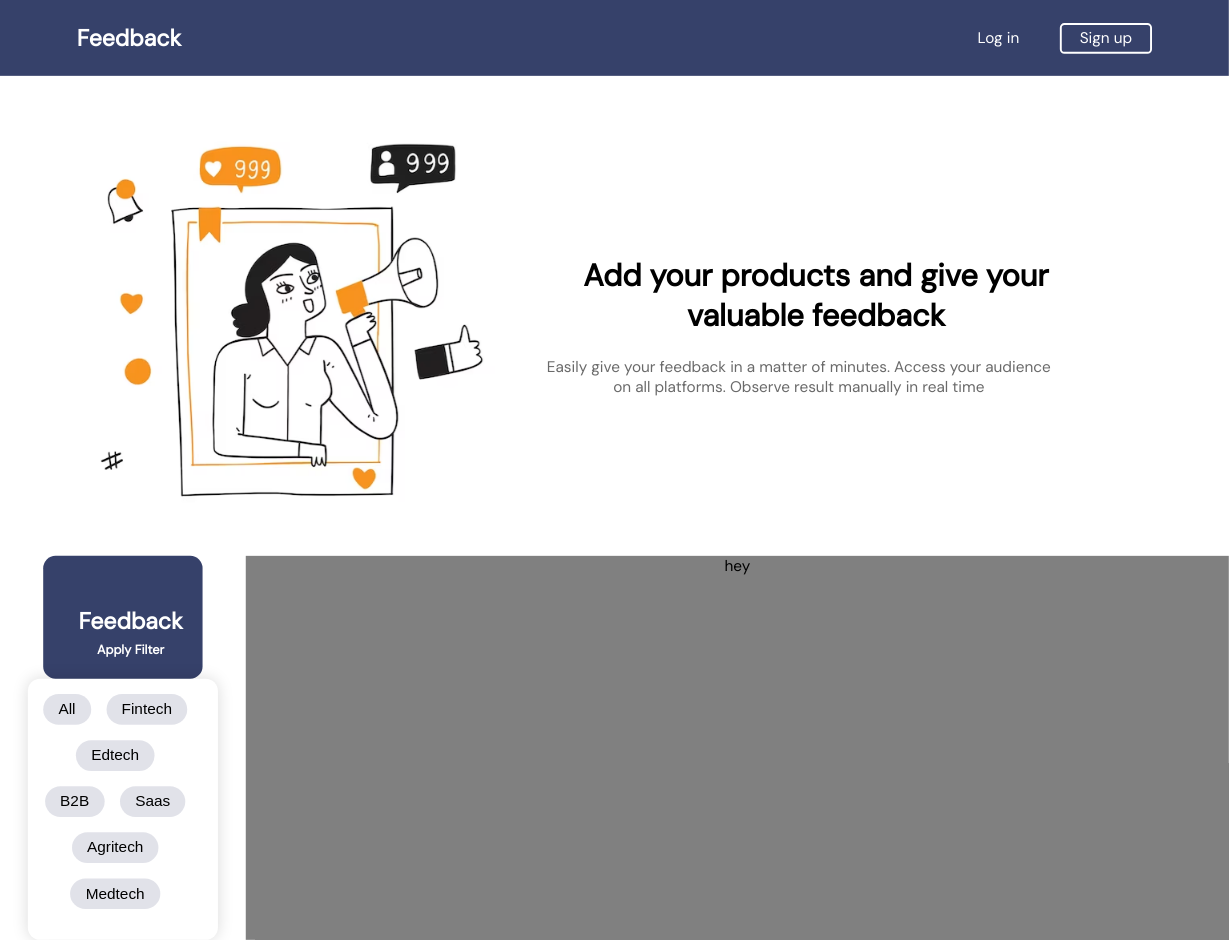
Repository: drumsmanku/final-evaluation-test
Page: / (app in client/)
These files come from the project's save history. The page is drawn as it stood at one moment and after the next save; the edit follows.
The browser window is 1280 px wide. The pictures show the whole page, at 96% of full size.
The page's requests for data from a server got no answer. The project was rebuilt for these pictures with package versions that can differ from the ones it lists, and the page was loaded fresh each time. No one was signed in, and anything a server would have sent is missing.

Above is the page before, as saved 2023-07-29 11:38:52.

### client/src/App.js
import './App.css';
import { BrowserRouter as Router, Route, Routes} from 'react-router-dom';
import MainPage from './Components/MainPage';
function App() {
  return (
    <div className="App">
      <Router>
        <Routes>
          <Route path='/' element={<MainPage/>}/>


        </Routes>
      </Router>
    </div>
  );
}

export default App;

### client/src/Components/MainPage.js
import React, {useState, useEffect} from 'react';
import '../CSS/MainPage.css';
import profile from'../Assets/profilepic.webp';
import img1 from '../Assets/frontphoto.png';
import axios from 'axios';

const buttonTitles=['All', 'Fintech', 'Edtech', 'B2B', 'Saas', 'Agritech', 'Medtech'];
const buttonStyles={
  padding:'0.2rem 1rem 0.2rem 1rem',
  backgroundColor:'#36416A26',
  fontSize:'medium',
  borderRadius:'1rem',
  border:'none',
  margin:'0 1rem 1rem 0',
  height:'2rem',
}

function MainPage() {
  const [categorySet, setCategorySet]=useState([])
  const [isLoggedIn, setIsLoggedIn]=useState(false);
  const [products, setProdcts]=useState([])
  useEffect(()=>{
    const User=localStorage.getItem('user');
    if(User){
      setIsLoggedIn(true);
    }

  }, []);
  const handleLogout=()=>{
    localStorage.removeItem('user');
    setIsLoggedIn(false);
  }
  const handleCategoryClick=(event)=>{
    const currentCat=event.target.value;
    if(!categorySet.includes(currentCat)){
      setCategorySet([...categorySet, event.target.value]);
    }
    else{
      setCategorySet(categorySet.filter(cat=>cat!=currentCat))
    }

  }

  useEffect(()=>{
    const category=categorySet
    axios.get(`http://localhost/4000/get-prods?category=${category.join(',')}`)
    .then((res)=>{setProdcts(res.data.products)})
    .catch(err=>console.log(err))

  }, [categorySet])

  return (
    <div className='main-container'>
      <div className="main-top-container">
        <div className='navbar' >
          <div style={{display:'flex',width:'100%', justifyContent:' space-between', alignItems:'center',}}>
          <h3 style={{marginLeft:'5rem', color:'white', fontSize:'1.5rem'}}>Feedback</h3>
          <div style={{display:'flex', marginRight:'5rem'}}>
              {isLoggedIn ? (
                <>
                  <button style={{background:'none', fontSize:'large', border:'none', fontFamily:'DM Sans', color:'white'}} onClick={handleLogout}>Logout</button>
                  <span style={{color:'white', fontFamily:'DM Sans', fontSize:'large', display:'flex', alignItems:'center', marginLeft:'1rem'}}>Hello!</span>
                  <img src={profile} alt="" height={50} width={50} style={{borderRadius:'100%', marginLeft:'1rem'}} />
                </>
              ) : (
                <>
                  <button className='btn-main-page-login' type='submit'  >Log in</button>
                  <button type='submit'  className='btn-main-page-register' >Sign up</button>
                </>
              )}
            </div>
          </div>
        </div>
        <div className="title-desc">
          <img src={img1} alt="" height={500} style={{marginLeft:'3rem'}}/>
          <div style={{display:'flex', flexDirection:'column', marginLeft:'2rem'}}>
              <h1 style={{maxWidth:'80%'}}> Add your products and give your valuable feedback</h1>
              <span style={{maxWidth:'75%', color:'#6A6A6A'}}>Easily give your feedback in a matter of minutes. Access your audience on all platforms. Observe result manually in real time</span>
          </div>
        </div>
      </div>
      <div className="main-bottom-container">
        <div className="bottom-left">
          <article style={{backgroundColor:'#36416A', width:'65%', color:'white', paddingTop:'2rem', borderRadius:'0.8rem'}}>
            <h2 style={{marginBottom:'0.4rem',marginLeft:'1rem'}}>Feedback</h2>
            <h5 style={{marginTop:0, marginLeft:'1rem'}}>Apply Filter</h5>
          </article>
          <article style={{width:'65%', borderRadius:'0.8rem', padding:'1rem', boxShadow:'0 0 17px #00000026'}}>
             {buttonTitles.map((title, idx)=>(
              <button value={title} onClick={handleCategoryClick} style={{...buttonStyles}} key={idx}>{title}</button>
             ))}
          </article>
        </div>
        <div className="bottom-right">
          hey
        </div>
      </div>
    </div>
  )
}

export default MainPage

### client/src/CSS/MainPage.css
@import url('https://fonts.googleapis.com/css2?family=DM+Sans&display=swap');

body{
  font-family: 'DM Sans';
}
.main-container{
  height: 100vh;
  width: 100vw;
  display: flex;
  flex-direction: column;

}
.main-top-container{
  width: 100%;
}
.btn-main-page-login{
  height: 2rem;
  width: 6rem;
  font-weight: 500;
  font-size: medium ;
  background: none;
  border: none;
  border-radius: 0.3rem;
  margin-left: 1rem;
  margin-bottom:0;
  color: white;
  font-family: 'DM Sans';
  cursor: pointer;
}
.btn-main-page-register{
  height: 2rem;
  width: 6rem;
  font-size: medium;
  font-weight: 500;
  background-color: #36416A;
  border: 2px solid white;
  border-radius: 0.3rem;
  margin-left: 1rem;
  margin-bottom:0;
  color: white;
  font-family: 'DM Sans';
  cursor: pointer;
}
.navbar{
  width: 100%;
  background-color: #36416A;
}
.title-desc{
  width: 100%;
  display: flex;
  align-items: center;
  justify-content: space-around;

}
.bottom-left{
  width: 20%;
  display: flex;
  flex-direction: column;
  align-items: center;

}
.bottom-right{
  width: 80%;
  background-color: gray;
}
.main-bottom-container{
  width:100%;
  display: flex;
}

Loaded but not shown: client/public/index.html (common file); client/src/index.js (common file); client/src/index.css (common file); client/src/App.css (common file)

After the next save:
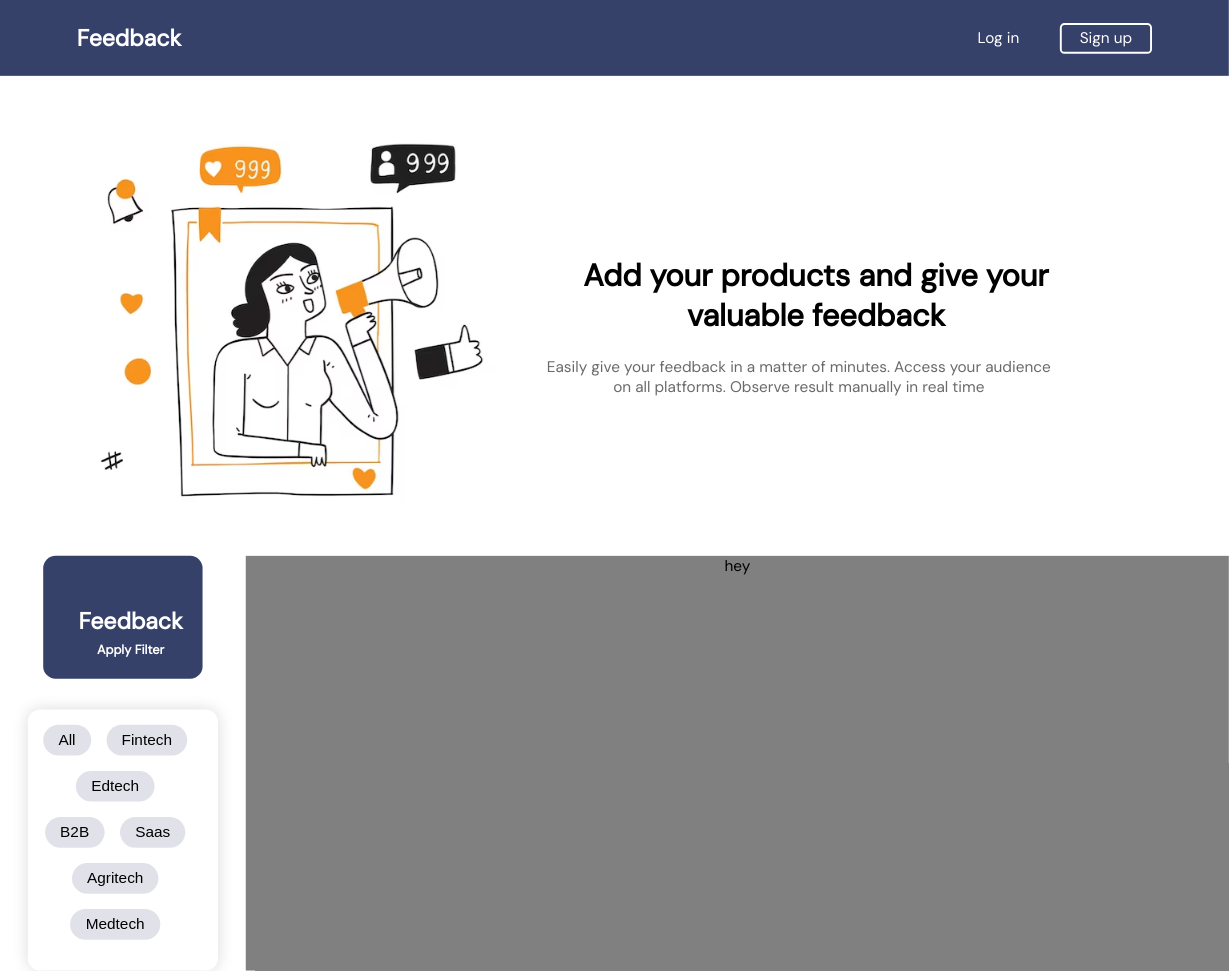
Saved 34 s later.
--- a/client/src/Components/MainPage.js
+++ b/client/src/Components/MainPage.js
@@ -81,7 +81,7 @@ function MainPage() {
       </div>
       <div className="main-bottom-container">
         <div className="bottom-left">
-          <article style={{backgroundColor:'#36416A', width:'65%', color:'white', paddingTop:'2rem', borderRadius:'0.8rem'}}>
+          <article style={{backgroundColor:'#36416A', width:'65%', color:'white', paddingTop:'2rem', borderRadius:'0.8rem', marginBottom:'2rem'}}>
             <h2 style={{marginBottom:'0.4rem',marginLeft:'1rem'}}>Feedback</h2>
             <h5 style={{marginTop:0, marginLeft:'1rem'}}>Apply Filter</h5>
           </article>
